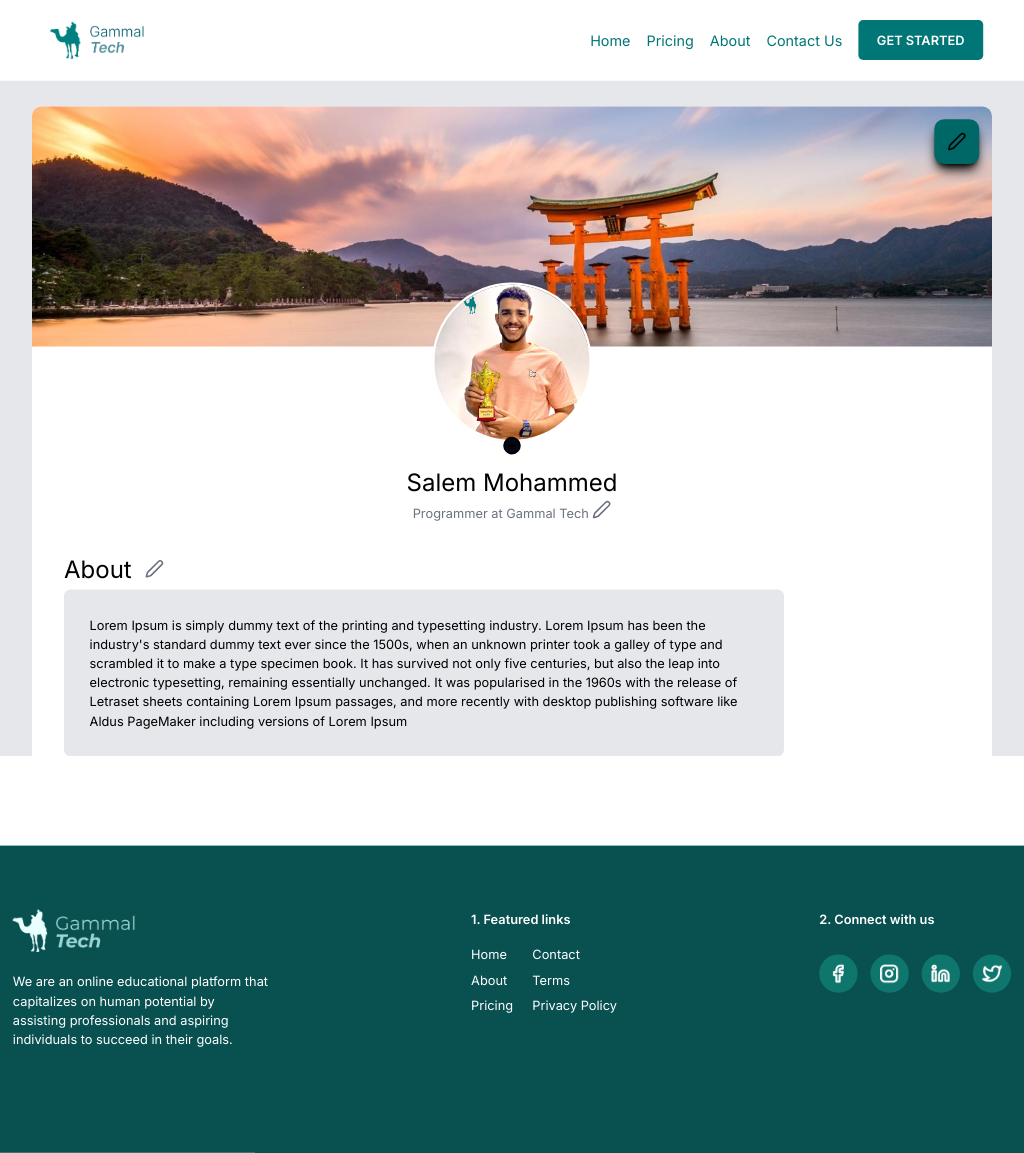
Repository: Ahmed77669/Internship-test
Page: /profile
These files come from the project's save history. The page is drawn as it stood at one moment and after the next save; the edit follows.
The browser window is 1280 px wide. The pictures show the whole page, at 80% of full size.
The page's requests for data from a server got no answer. The project was rebuilt for these pictures with package versions that can differ from the ones it lists, and the page was loaded fresh each time. The framework's server and built-in components were replaced by stand-ins that run in the browser. No one was signed in, and anything a server would have sent is missing. Also part of the build but not shown: next.config.mjs, components/Header/NavBarAuth.tsx.

Above is the page before, as saved 2024-10-25 18:55:57.

### app/layout.tsx
import type { Metadata } from "next";
import localFont from "next/font/local";
import "@/app/styles/globals.css";
import NavBarHome from "@/components/Header/Navbar";
import NavBarAuth from "@/components/Header/NavBarAuth";
import { Inter } from "next/font/google";
import Footer from "@/components/Footer/Footer";
import { cookies } from "next/headers";

const inter = Inter({
  subsets: ["latin"],
});
const geistSans = localFont({
  src: "./fonts/GeistVF.woff",
  variable: "--font-geist-sans",
  weight: "100 900",
});
const geistMono = localFont({
  src: "./fonts/GeistMonoVF.woff",
  variable: "--font-geist-mono",
  weight: "100 900",
});

export const metadata: Metadata = {
  title: "Gammal Tech Exam",
  description: "Generated by create next app",
};

export default function RootLayout({
  children,
}: Readonly<{
  children: React.ReactNode;
}>) {
  const cookieStore = cookies();
  const isAuthenticated = cookieStore.get("isAuthenticated")?.value === "true";
  return (
    <html lang="en">
      <body
        className={`${geistSans.variable} ${geistMono.variable} antialiased ${inter.className}`}
      >
        {isAuthenticated ? <NavBarAuth /> : <NavBarHome />}
        {children}
        <Footer />
      </body>
    </html>
  );
}

### app/profile/page.tsx
import React from 'react'
import Profile from '@/components/Profile/Profile'
const profile = () => {
  return (
    <Profile />
  )
}

export default profile

### app/styles/globals.css
@tailwind base;
@tailwind components;
@tailwind utilities;

:root {
  --background: #ffffff;
  /* --foreground: #171717; */
}

@media (prefers-color-scheme: dark) {
  :root {
    /* --background: #0a0a0a; */
    --foreground: #ededed;
  }
}

body {
  color: var(--foreground);
  background: var(--background);
  font-family: Arial, Helvetica, sans-serif;
}

@layer utilities {
  .text-balance {
    text-wrap: balance;
  }
}

### components/Header/Navbar.tsx
"use client";
import React, { useEffect, useState } from "react";
import GT_logo from "@/public/gammalTech-logos/Component 6.png";
import Link from "next/link";
import Image from "next/image";
import { Menu } from "lucide-react";
import { X } from "lucide-react";
import { AnimatePresence, motion } from "framer-motion";

export default function NavBarHome() {
  const [isMenuOpen, setIsMenuOpen] = useState(false);
  const toggleMenu = () => {
    setIsMenuOpen((prev) => !prev);
  };

  useEffect(() => {
    const handleResize = () => {
      if (window.innerWidth > 1024) {
        setIsMenuOpen(false);
      }
    };

    window.addEventListener("resize", handleResize);
    return () => {
      window.removeEventListener("resize", handleResize);
    };
  }, []);

  return (
    <div className={`py-5 container mx-auto w-[92%]`}>
      <nav className="relative">
        <ul className="flex justify-between items-center">
          <li className="min-w-[152px]">
            <Link href="/">
              <Image
                src={GT_logo}
                alt="Gammal Tech Logo"
                width={130}
                className="cursor-pointer"
              />
            </Link>
          </li>
          <div className="hidden md:flex space-x-5">
            <Link
              href="/"
              className="text-[#007676] text-[18px] font-normal flex items-center"
            >
              Home
            </Link>
            <Link
              href="/pricing"
              className="text-[#007676] text-[18px] font-normal flex items-center"
            >
              Pricing
            </Link>
            <Link
              href="https://www.gammal.tech/"
              className="text-[#007676] text-[18px] font-normal flex items-center"
            >
              About
            </Link>
            <Link
              href="#"
              className="text-[#007676] text-[18px] font-normal flex items-center"
            >
              Contact Us
            </Link>
            <Link href="/signup">
              <button className="bg-[#007676] text-white rounded-md w-[156px] h-[50px] text-[16px] font-semibold  py-1 px-3 transition-all duration-300 ease-in-out hover:bg-[#005555] hover:shadow-lg">
                GET STARTED
              </button>
            </Link>
          </div>
          <div className="md:hidden flex items-center">
            <button
              onClick={toggleMenu}
              className="text-[#007676] focus:outline-none"
            >
              {isMenuOpen ? null : (
                <Menu size={40} color="#007676" strokeWidth={2} />
              )}
            </button>
          </div>
        </ul>

        <AnimatePresence>
          {isMenuOpen && (
            <motion.div
              initial={{ opacity: 0, y: -100 }}
              animate={{ opacity: 1, y: 0 }}
              exit={{ opacity: 0, y: -100 }}
              transition={{ duration: 0.5 }}
              className="fixed inset-0 bg-white z-50 overflow-y-auto"
            >
              <div className="flex flex-col items-center justify-center min-h-screen p-4">
                <button
                  onClick={toggleMenu}
                  className="absolute top-4 right-4 text-[#007676]"
                  aria-label="Close menu"
                >
                  <X size={40} color="#007676" strokeWidth={2} />
                </button>
                <nav className="w-full max-w-md">
                  <Link
                    href="/"
                    className="block text-[#007676] text-lg font-semibold hover:bg-[#f0f0f0] transition duration-200 p-3 rounded-lg text-center w-full"
                    onClick={toggleMenu}
                  >
                    Home
                  </Link>
                  <Link
                    href="/pricing"
                    className="block text-[#007676] text-lg font-semibold hover:bg-[#f0f0f0] transition duration-200 p-3 rounded-lg text-center w-full"
                    onClick={toggleMenu}
                  >
                    Pricing
                  </Link>

                  <Link
                    href="/about"
                    className="block text-[#007676] text-lg font-semibold hover:bg-[#f0f0f0] transition duration-200 p-3 rounded-lg text-center w-full"
                    onClick={toggleMenu}
                  >
                    About
                  </Link>
                  <Link
                    href="#"
                    className="block text-[#007676] text-lg font-semibold hover:bg-[#f0f0f0] transition duration-200 p-3 rounded-lg text-center w-full"
                    onClick={toggleMenu}
                  >
                    Contact Us
                  </Link>
                  <Link href="/signup">
                    <button
                      className="mt-4 bg-[#007676] text-white text-lg font-semibold py-2 px-6 rounded-lg hover:bg-[#005c5c] transition duration-200 w-full"
                      onClick={toggleMenu}
                    >
                      GET STARTED
                    </button>
                  </Link>
                </nav>
              </div>
            </motion.div>
          )}
        </AnimatePresence>
      </nav>
    </div>
  );
}

### components/Footer/Footer.tsx
import React from "react";
import Image from "next/image";
import footerLogo from "@/public/gammalTech-logos/footer-logo.png";
import Link from "next/link";
import linkdin from "@/public/socialmediaIcons/linkdin.png";
import facebook from "@/public/socialmediaIcons/Facebook.png";
import instagram from "@/public/socialmediaIcons/Instagram.png";
import twitter from "@/public/socialmediaIcons/Twitter.png";

const Footer = () => {
  return (
    <section className="bg-[#095051] py-20 min-h-96 h-auto">
      <div className="container mx-auto px-4 ">
        <div className="flex justify-between flex-wrap ">
          <div className="mb-10">
            <div className="mb-6">
              <Image src={footerLogo} alt="Gammal Tech Logo" width={152} />
            </div>
            <div className="text-white w-80">
              We are an online educational platform that capitalizes on human
              potential by assisting professionals and aspiring individuals to
              succeed in their goals.
            </div>
          </div>

          <div className="text-white flex flex-col mb-10">
  <p className="font-semibold mb-5">1. Featured links</p>
  <div className="flex justify-between">
    {/* First column of links */}
    <div className="flex flex-col space-y-2 mr-6">
      <Link href="/">Home</Link>
      <Link href="https://www.gammal.tech/">About</Link>
      <Link href="/pricing">Pricing</Link>
    </div>

    {/* Second column of links */}
    <div className="flex flex-col space-y-2">
      <Link href="#">Contact</Link>
      <Link href="#">Terms</Link>
      <Link href="#">Privacy Policy</Link>
    </div>
  </div>
</div>


          <div>
            <p className="text-white font-semibold mb-8">2. Connect with us</p>
            <div className="flex space-x-4">
              <Link
                href="https://www.facebook.com/gammal.tech/?locale=ar_AR"
                passHref
                target="_blank"
              >
                <div className="w-12 h-12 bg-teal-700 rounded-full flex items-center justify-center cursor-pointer">
                  <Image src={facebook} alt="Facebook Logo" />
                </div>
              </Link>
              <Link
                href="https://www.instagram.com/gammal.tech/?hl=ar"
                passHref
                target="_blank"
              >
                <div className="w-12 h-12 bg-teal-700 rounded-full flex items-center justify-center cursor-pointer">
                  <Image src={instagram} alt="Instagram Logo" />
                </div>
              </Link>
              <Link
                href="https://www.linkedin.com/company/gammal-tech/"
                passHref
                target="_blank"
              >
                <div className="w-12 h-12 bg-teal-700 rounded-full flex items-center justify-center cursor-pointer">
                  <Image src={linkdin} alt="LinkedIn Logo" />
                </div>
              </Link>
              <Link
                href="https://x.com/gammaltech?lang=ar"
                passHref
                target="_blank"
              >
                <div className="w-12 h-12 bg-teal-700 rounded-full flex items-center justify-center cursor-pointer">
                  <Image src={twitter} alt="Twitter Logo" />
                </div>
              </Link>
            </div>
          </div>
        </div>
      </div>
    </section>
  );
};

export default Footer;

### components/Profile/Profile.tsx
import React from "react";
import Image from "next/image";
import selectedImage from "@/public/coders photos/coder2.jpg";
import popoo from "@/public/popoo.jpg";
import { Pen, PlusCircle } from "lucide-react";

const Profile = () => {
  return (
    <section className="bg-gray-200 mb-28 ">
      <div className="flex justify-center container mx-auto">
        <div className="w-[1200px]  bg-white rounded-t-xl mt-8">
          <div
            className="w-full h-[300px] mb-5 rounded-t-xl flex justify-end"
            style={{
              backgroundImage: "url('/popoo.jpg')",
              backgroundSize: "cover",
              backgroundPosition: "center",
              backgroundRepeat: "no-repeat",
            }}
          >
<button className="bg-[#006767] w-14 h-14 shadow-black shadow-lg flex items-center justify-center rounded-xl cursor-pointer m-4 transition-all duration-200 active:scale-95 active:rounded-full active:bg-[#005656]">
  <Pen />
</button>

          </div>

          <div className="flex flex-col items-center -mt-[100px] mb-10">
            <Image
              src={selectedImage}
              alt="Profile Avatar"
              width={200}
              height={200}
              style={{
                width: "200px",
                height: "200px",
                borderRadius: "300px",
                objectFit: "cover",
                border: "3px white solid",
              }}
            />
            <PlusCircle className="relative -inset-y-2 fill-gray-950 " />
            <p className="text-black text-3xl mt-2">Salem Mohammed</p>
            <div className="flex">
              <p className="text-gray-500 text-[16px] mt-2 mr-1">
                Programmer at Gammal Tech
              </p>
              <Pen className="text-lg mt-1 text-gray-500 cursor-pointer" />
            </div>
          </div>
          <div className="flex">
            <div className="text-black text-3xl ml-10 mr-4 mb-2">About</div>
            <Pen className="text-lg mt-[6px]  text-gray-500 cursor-pointer" />
          </div>
          <div className="bg-gray-200 p-8 rounded-lg w-3/4 ml-10">
            <p className="text-black">
              Lorem Ipsum is simply dummy text of the printing and typesetting
              industry. Lorem Ipsum has been the industry's standard dummy text
              ever since the 1500s, when an unknown printer took a galley of
              type and scrambled it to make a type specimen book. It has
              survived not only five centuries, but also the leap into
              electronic typesetting, remaining essentially unchanged. It was
              popularised in the 1960s with the release of Letraset sheets
              containing Lorem Ipsum passages, and more recently with desktop
              publishing software like Aldus PageMaker including versions of
              Lorem Ipsum
            </p>
          </div>
        </div>
      </div>
    </section>
  );
};

export default Profile;

### tailwind.config.js
/** @type {import('tailwindcss').Config} */
module.exports = {
  content: [
    './components/**/*.{js,ts,jsx,tsx}',
    './app/**/*.{js,ts,jsx,tsx}',
    './middleware.ts'
  ],
  theme: {
    extend: {},
  },
  plugins: [],
}

After the next save:
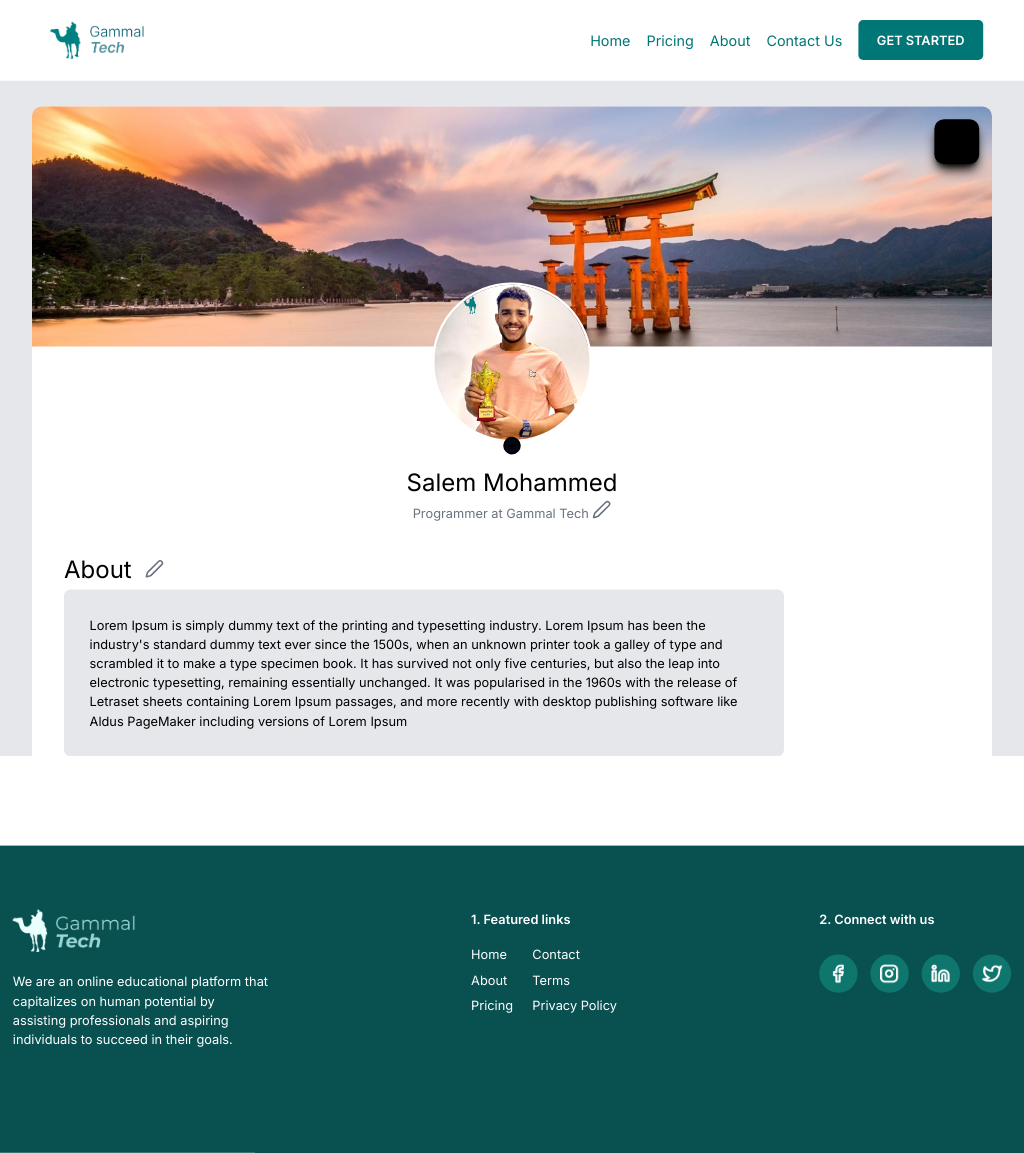
Saved 36 s later.
--- a/components/Profile/Profile.tsx
+++ b/components/Profile/Profile.tsx
@@ -18,7 +18,7 @@ const Profile = () => {
               backgroundRepeat: "no-repeat",
             }}
           >
-<button className="bg-[#006767] w-14 h-14 shadow-black shadow-lg flex items-center justify-center rounded-xl cursor-pointer m-4 transition-all duration-200 active:scale-95 active:rounded-full active:bg-[#005656]">
+<button className="bg-[#000000] w-14 h-14 shadow-black shadow-lg flex items-center justify-center rounded-xl cursor-pointer m-4 transition-all duration-200 active:scale-95 active:rounded-full active:bg-[#005656]">
   <Pen />
 </button>
 
